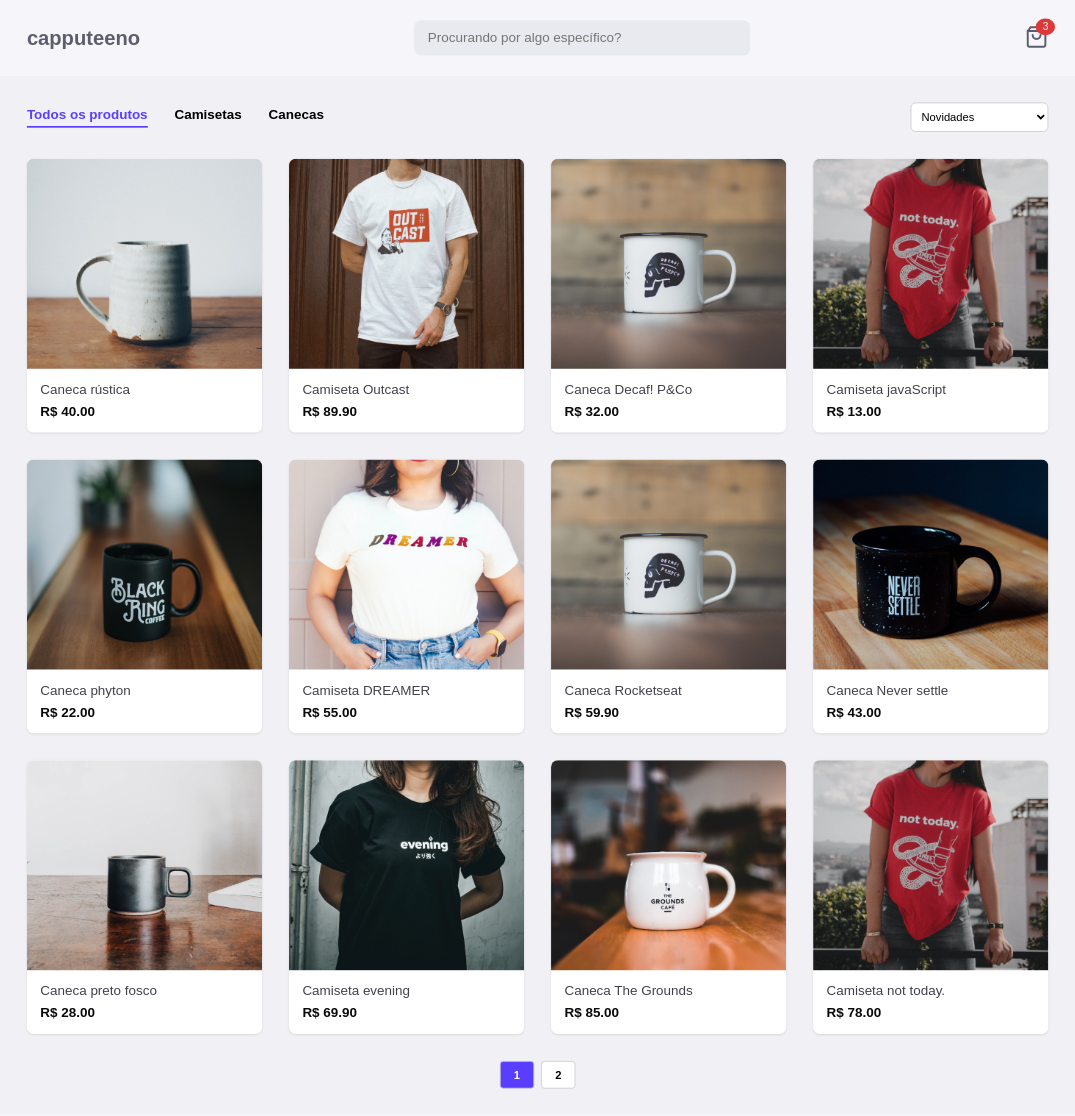
Repository: Biel-barbosa/capputeenoecomerce
Page: /
The author's editor kept a copy of each file at every save. The page is drawn from the files as they stood at one save, then again after the next save.
The browser window is 1280 px wide. The pictures show the whole page, at 84% of full size.
The project was rebuilt for these pictures with package versions that can differ from the ones it lists, and the page was loaded fresh each time. The framework's server and built-in components were replaced by stand-ins that run in the browser. Also part of the build but not shown: next.config.ts.

Above is the page before, as saved 2025-04-23 11:46:35.

After the next save:
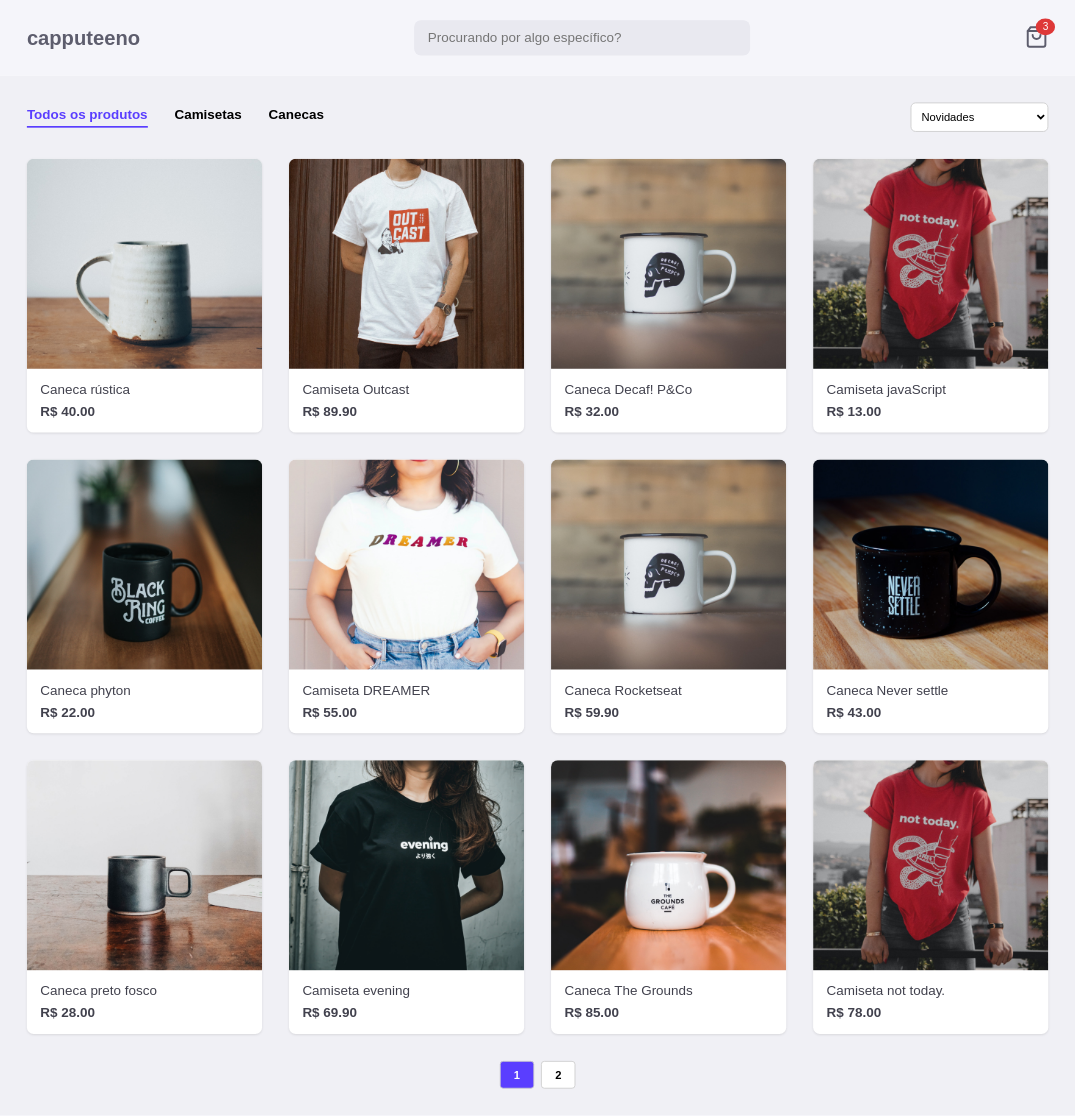
Saved 35 s later.
--- a/src/components/ProductCard.tsx
+++ b/src/components/ProductCard.tsx
@@ -33,7 +33,7 @@ const Title = styled.h3`
 const Price = styled.p`
   font-weight: 600;
   font-size: 1rem;
-  color: #09090a;
+  color: #41414D;
 `
 
 type Props = {
